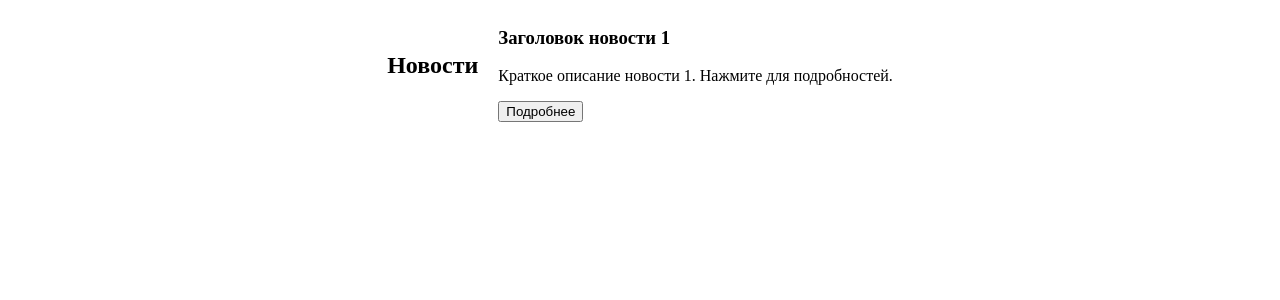
Repository: MaratLK/PLKFrontend
Page: Templates/NewsForIndex.html
The author's editor kept a copy of each file at every save. The page is drawn from the files as they stood at one save, then again after the next save.
The browser window is 1280 px wide. The pictures show the whole page.

Above is the page before, as saved 2024-08-25 06:30:59.

### Templates/NewsForIndex.html
<!DOCTYPE html>
<html lang="en">
  <head>
    <meta charset="UTF-8" />
    <meta name="viewport" content="width=device-width, initial-scale=1.0" />
    <title>Document</title>
    <style>
      .news {
        display: flex;
        justify-content: center;
        align-items: center;
        gap: 20px; /* Расстояние между блоками */
        flex-wrap: wrap; /* Позволяет блокам переноситься на новую строку, если не хватает места */
      }
      .newsblk {
        height: auto;
        width: 300px;
        margin: 10px;
        border-radius: 15px;
        border: 2px solid black;
      }
      .newsblk h2 {
        margin: 5px;
      }
      .newsblk p {
        margin: 5px;
      }
      .newsblk button {
        background-color: #25427e;
        color: white;
        padding: 10px 20px;
        border: none;
        border-radius: 5px;
        cursor: pointer;
        transition: background-color 0.3s;
        margin: 0 0 7px 7px;
      }
    </style>
  </head>
  <body>
    <section id="news" class="news">
        <h2>Новости</h2>
        <div class="news-container">
            <div class="news-card">
                <h3>Заголовок новости 1</h3>
                <p>Краткое описание новости 1. Нажмите для подробностей.</p>
                <button class="open-modal" data-news="news1">Подробнее</button>
            </div>
  </body>
</html>

After the next save:
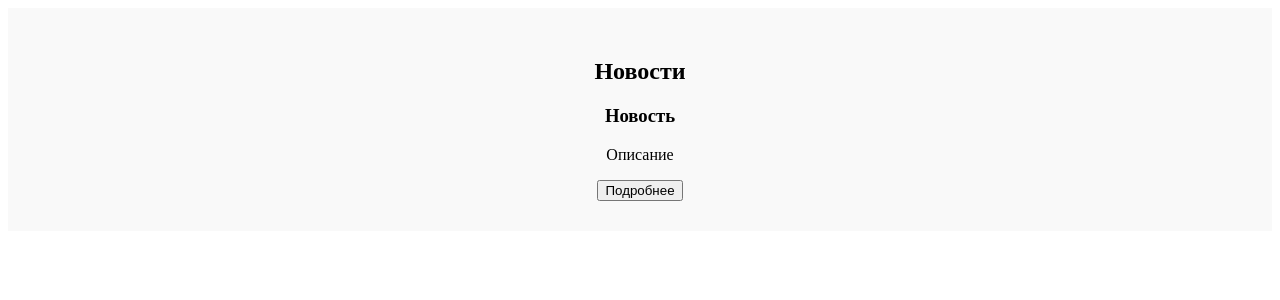
Saved 77 s later.
--- a/Templates/NewsForIndex.html
+++ b/Templates/NewsForIndex.html
@@ -6,11 +6,9 @@
     <title>Document</title>
     <style>
       .news {
-        display: flex;
-        justify-content: center;
-        align-items: center;
-        gap: 20px; /* Расстояние между блоками */
-        flex-wrap: wrap; /* Позволяет блокам переноситься на новую строку, если не хватает места */
+        padding: 30px;
+    background-color: #f9f9f9;
+    text-align: center;
       }
       .newsblk {
         height: auto;
@@ -42,8 +40,8 @@
         <h2>Новости</h2>
         <div class="news-container">
             <div class="news-card">
-                <h3>Заголовок новости 1</h3>
-                <p>Краткое описание новости 1. Нажмите для подробностей.</p>
+                <h3>Новость</h3>
+                <p>Описание</p>
                 <button class="open-modal" data-news="news1">Подробнее</button>
             </div>
   </body>
